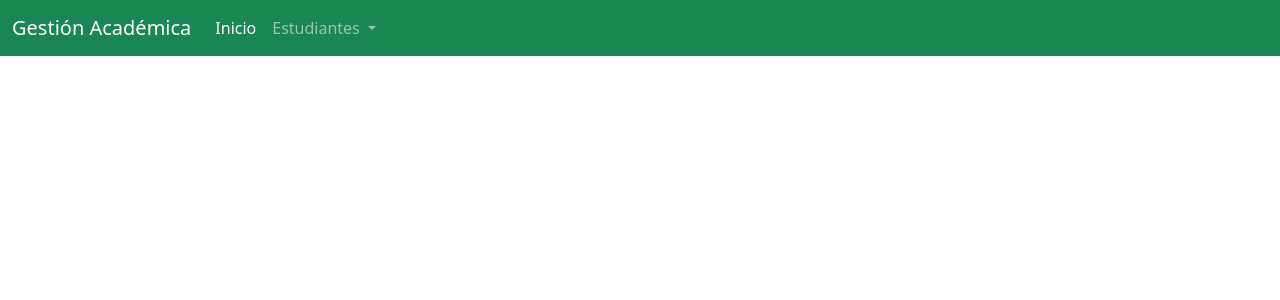
Repository: cesartomedes/frontacademico
Page: /
These files come from the project's save history. The page is drawn as it stood at one moment and after a run of saves; the edit follows.
The browser window is 1280 px wide. The pictures show the whole page.
The project was rebuilt for these pictures with package versions that can differ from the ones it lists, and the page was loaded fresh each time. Also part of the build but not shown: vue.config.js, src/components/HelloWorld.vue, src/views/EstudianteNew.vue, src/views/EstudianteEdit.vue, src/views/EstudianteView.vue.

Above is the page before, as saved 2023-10-24 15:42:17.

### src/main.js
import { createApp } from 'vue'
import App from './App.vue'
import router from './router'
import store from './store'
import '@fortawesome/fontawesome-free/css/all.min.css'
import 'bootstrap/dist/css/bootstrap.css'


createApp(App).use(store).use(router).mount('#app')

import 'bootstrap/dist/js/bootstrap'

### src/App.vue
<template>
      <nav class="navbar navbar-expand-lg navbar-dark bg-success">
        <div class="container-fluid">
          <a class="navbar-brand" href="#">Gestión Académica</a>
          <button class="navbar-toggler" type="button" data-bs-toggle="collapse" data-bs-target="#navbarSupportedContent" aria-controls="navbarSupportedContent" aria-expanded="false" aria-label="Toggle navigation">
            <span class="navbar-toggler-icon"></span>
          </button>
          <div class="collapse navbar-collapse" id="navbarSupportedContent">
            <ul class="navbar-nav me-auto mb-2 mb-lg-0">
              <li class="nav-item">
                <a class="nav-link active" aria-current="page" href="#">Inicio</a>
              </li>

              <li class="nav-item dropdown">
                <a class="nav-link dropdown-toggle" href="#" role="button" data-bs-toggle="dropdown" aria-expanded="false">
                  Estudiantes
                </a>
                <ul class="dropdown-menu">

                  <li>
                    <router-link class="dropdown-item" to="/">Listar Estudiantes</router-link>
                  </li>

                  <li>
                    <router-link class="dropdown-item" to="/createE">Registrar Nuevo</router-link>
                  </li>
                  <li><hr class="dropdown-divider"></li>
                  <li><a class="dropdown-item" href="#">Something else here</a></li>
                </ul>
              </li>
            </ul>

          </div>
        </div>
    </nav>
    <div class="container-fluid">
      <router-view/>
    </div>

</template>

### src/router/index.js
import { createRouter, createWebHashHistory } from 'vue-router'
import HomeView from '../views/HomeView.vue'
import EstudianteNew from '../views/EstudianteNew.vue'
import EstudianteEdit from '../views/EstudianteEdit.vue'
import EstudianteView from '../views/EstudianteView.vue'

const routes = [
  {
    path: '/',
    name: 'home',
    component: HomeView
  },

  {
    path: '/createE',
    name: 'createE',
    component: EstudianteNew
  },

  {
    path: '/editE/:id',
    name: 'editE',
    component: EstudianteEdit
  },

  {
    path: '/viewE/:id',
    name: 'viewE',
    component: EstudianteView
  }
]

const router = createRouter({
  history: createWebHashHistory(),
  routes
})

export default router

### src/views/HomeView.vue
<template>
      <div class="row">

      </div>
</template>

<script>
// @ is an alias to /src
import HelloWorld from '@/components/HelloWorld.vue'

export default {
  name: 'HomeView',
  components: {
    HelloWorld
  }
}
</script>

Loaded but not shown: public/index.html (common file); src/store/index.js (common file)

After the next 2 saves:
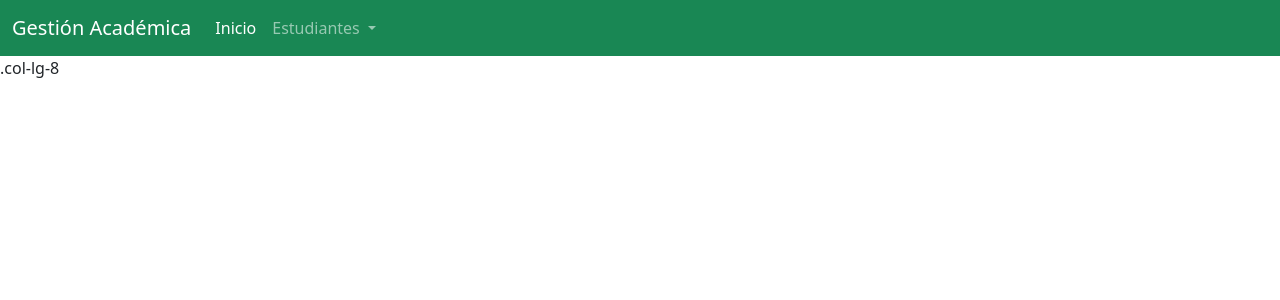
The 2 saves are shown as one change because they came seconds apart.
The last was saved 7 s later.
--- a/src/views/HomeView.vue
+++ b/src/views/HomeView.vue
@@ -1,6 +1,6 @@
 <template>
       <div class="row">
-
+        .col-lg-8
       </div>
 </template>
 
